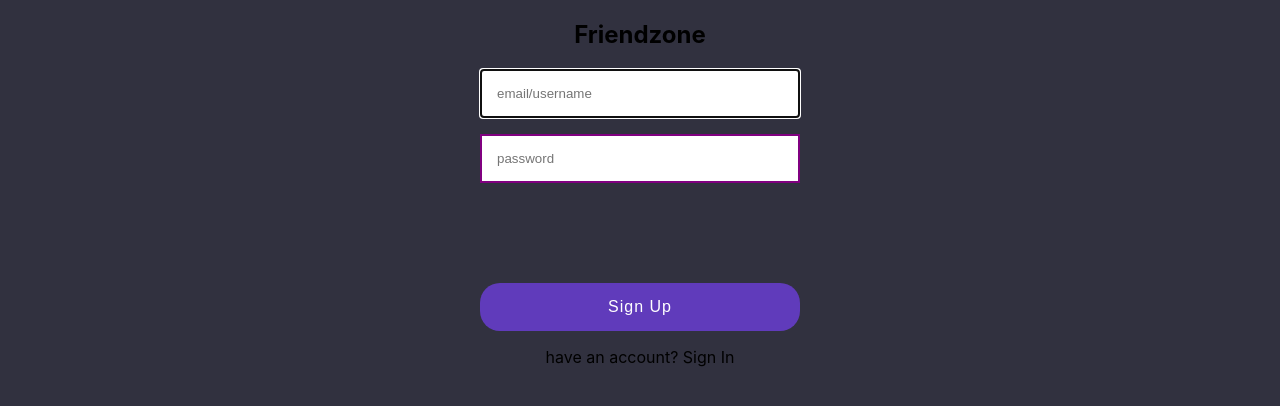
Repository: DerickT02/friend-zone
Page: /
An editor plug-in stored every save of this project. The page is shown before and after the next save, followed by the edit.
The browser window is 1280 px wide. The pictures show the whole page.
The project was rebuilt for these pictures with package versions that can differ from the ones it lists, and the page was loaded fresh each time. Also part of the build but not shown: src/Appreducer.js, src/GlobalState.js, src/Post.js, src/Homepage.js, src/fire.js.

Above is the page before, as saved 2021-07-07 07:46:18.

After the next save:
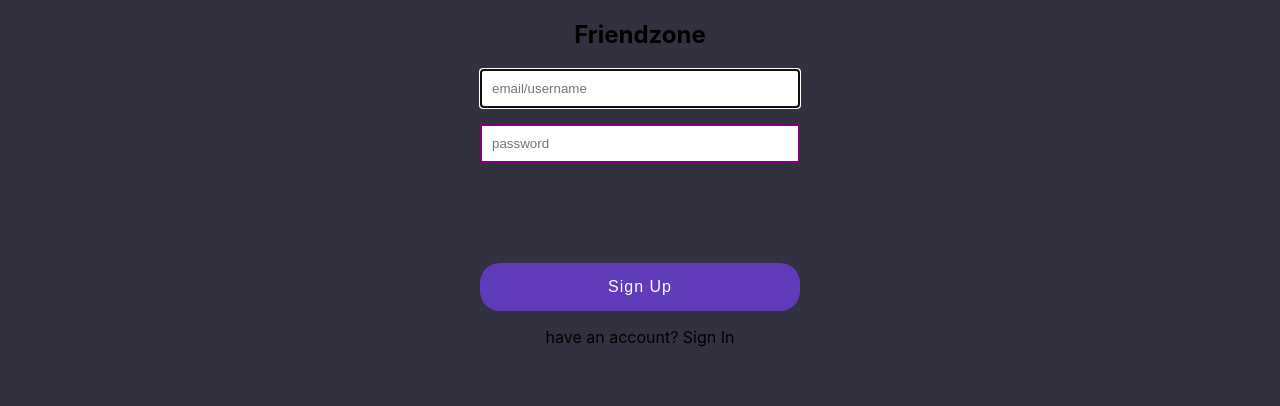
Saved 15 s later.
--- a/src/Login.css
+++ b/src/Login.css
@@ -5,7 +5,7 @@
 .login .loginContainer input {
   border: 2px solid purple;
   width: 25%;
-  padding: 15px;
+  padding: 10px;
 }
 
 
